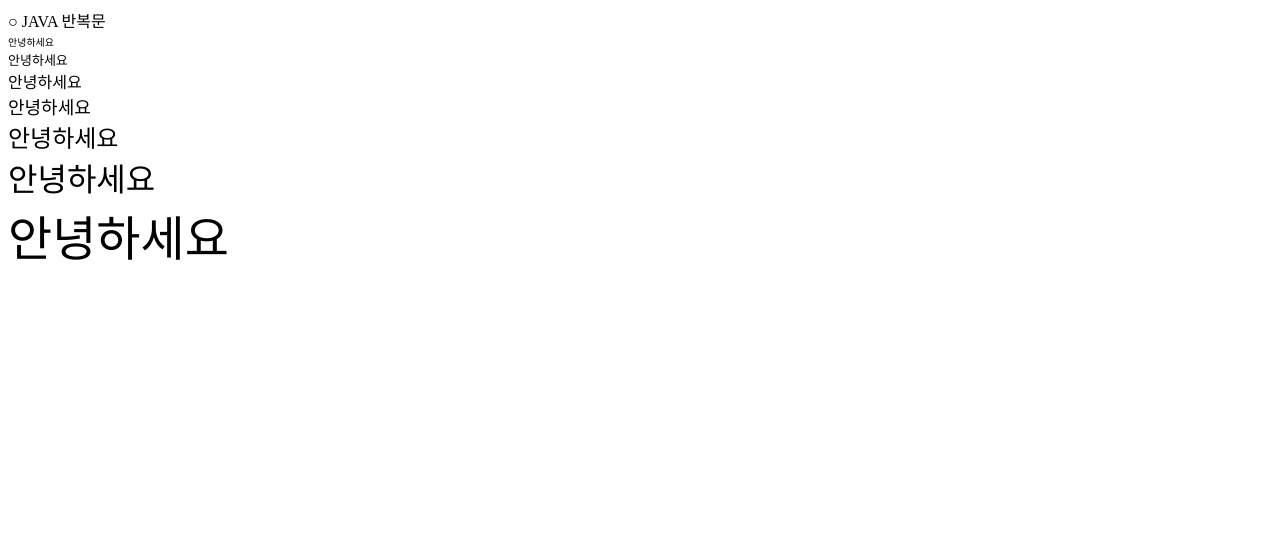
Repository: youngmoon525/Jsp_Servlet
Page: http://localhost/03.JSP/jsp34.jsp
These files come from the project's save history. The page is drawn as it stood at one moment and after the next save; the edit follows.
The browser window is 1280 px wide. The pictures show the whole page.
The page is served by Tomcat 9.

Above is the page before, as saved 2021-09-09 00:55:57.

After the next save:
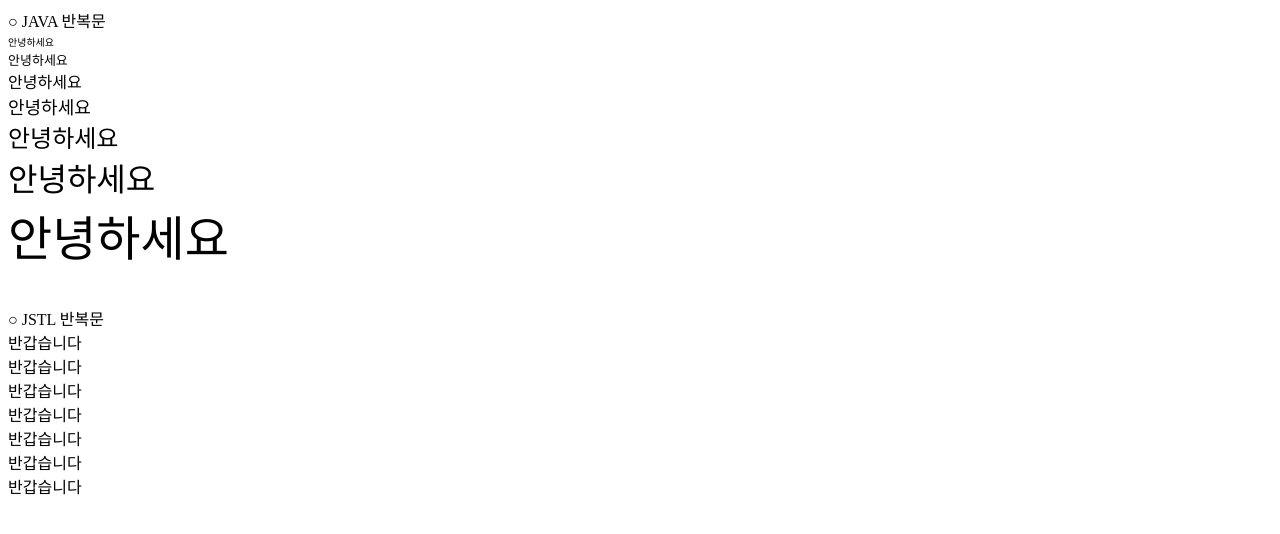
Saved 5 min 56 s later.
--- a/workspace/03.JSP/WebContent/jsp34.jsp
+++ b/workspace/03.JSP/WebContent/jsp34.jsp
@@ -1,4 +1,5 @@
 <%@ page language="java" contentType="text/html; charset=UTF-8" pageEncoding="UTF-8"%>
+<%@ taglib prefix="c" uri="http://java.sun.com/jsp/jstl/core" %>
 <!DOCTYPE html>
 <html>
 <head>
@@ -17,5 +18,11 @@ for(int i = 1; i <= 7; i++){
 	out.println("<font size='"+ i +"'>안녕하세요</font><br/>");
 }
 %>
+<br/><br/>
+
+○ JSTL 반복문<br/>
+<c:forEach var="i" begin="1" end="7" step="1">
+	반갑습니다<br/>
+</c:forEach>
 </body>
 </html>
